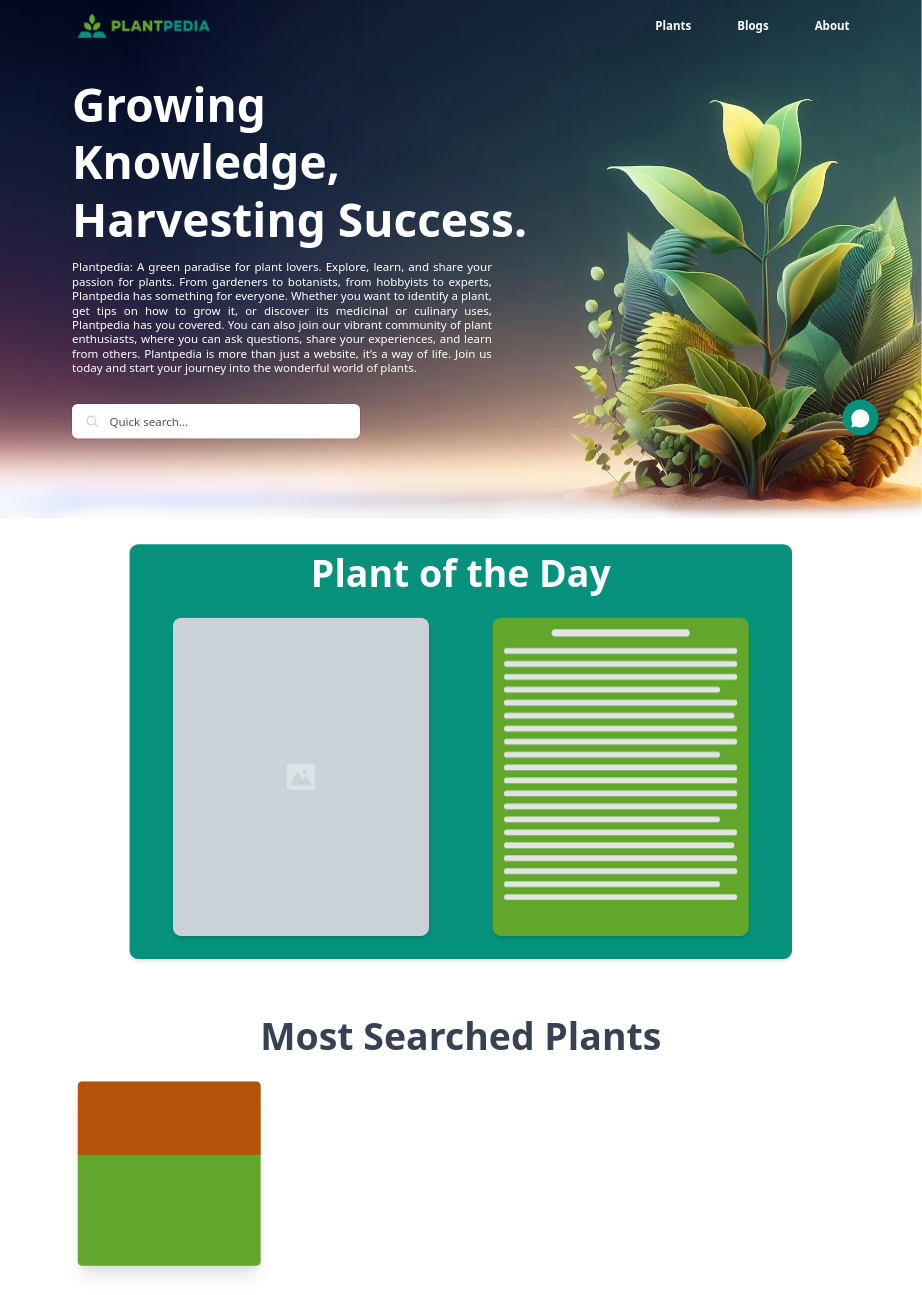
Repository: silham/PlantPedia
Page: /test/home
The author's editor kept a copy of each file at every save. The page is drawn from the files as they stood at one save, then again after the next save.
The browser window is 1280 px wide. The pictures show the whole page, at 72% of full size.
The page's requests for data from a server got no answer. The project was rebuilt for these pictures with package versions that can differ from the ones it lists, and the page was loaded fresh each time. The framework's server and built-in components were replaced by stand-ins that run in the browser. No one was signed in, and anything a server would have sent is missing. Also part of the build but not shown: next.config.js, app/components/SearchBox.css, app/test/Chat/style.css, app/utils/Formatter.ts.

Above is the page before, as saved 2023-10-16 16:11:20.

### app/layout.tsx
import "./globals.css";
import "remixicon/fonts/remixicon.css";
import type { Metadata } from "next";

export const metadata: Metadata = {
  title: "Plantpedia",
  description: "Growing knowledge, harvesting success",
};

export default function RootLayout({
  children,
}: {
  children: React.ReactNode;
}) {
  return (
    <html lang="en">
      <head>
        <meta
          name="format-detection"
          content="telephone=no, date=no, email=no, address=no"
        />
      </head>
      <body>{children}</body>
    </html>
  );
}

### app/test/home/page.tsx
import Image from "next/image";
import Link from "next/link";
import "./styles.css";
import { MainSearchBtn, SideSearchBtn } from "./SearchBtns";
import PlantOfDay from "./PlantOfDay";
import Chat from "../Chat/Chat";
import TrendingTopics from "./TrendingTopics";

const Home = () => {
  return (
    <>
      <section className="h-[100vh] w-[100vw] px-[100px] hero bg-cover text-white">
        <header className="h-[10vh] w-full flex justify-between py-2 items-center">
          <div className="h-full flex items-center justify-center">
            <Image src="/plantpedia.png" width={200} height={90} alt="logo" />
          </div>
          <nav className="flex justify-between text-[16px] font-semibold text-white w-[25%]">
            <Link href="/plants">Plants</Link>
            <Link href="/blogs">Blogs</Link>
            <Link href="/about#">About</Link>
          </nav>
        </header>
        <div className="w-[60%] h-full">
          <div className="flex flex-col justify-center h-full">
            <h2 className="text-[64px] font-extrabold leading-tight shadow-sm mb-4 -mt-[150px]">
              Growing Knowledge,
              <br />
              Harvesting Success.
            </h2>
            <h4 className="text-[16px] text-justify leading-tight w-[90%] mb-10">
              Plantpedia: A green paradise for plant lovers. Explore, learn, and
              share your passion for plants. From gardeners to botanists, from
              hobbyists to experts, Plantpedia has something for everyone.
              Whether you want to identify a plant, get tips on how to grow it,
              or discover its medicinal or culinary uses, Plantpedia has you
              covered. You can also join our vibrant community of plant
              enthusiasts, where you can ask questions, share your experiences,
              and learn from others. Plantpedia is more than just a website,
              it’s a way of life. Join us today and start your journey into the
              wonderful world of plants.
            </h4>
            <MainSearchBtn />
          </div>
        </div>
      </section>

      <section className="w-[100vw] px-[180px]">
        <PlantOfDay />
      </section>

      <section className="w-[100vw] px-[100px]">
        <TrendingTopics />
      </section>
      <SideSearchBtn />
      <Chat />
    </>
  );
};

export default Home;

### app/globals.css
@import url("https://fonts.googleapis.com/css2?family=Inter:wght@400;500;600&family=Poppins:wght@400;500;600&display=swap");
@tailwind base;
@tailwind components;
@tailwind utilities;

body {
  padding: 0;
  margin: 0;
  max-width: 100vw;
  overflow-x: hidden;
}

@layer utilities {
  .animation-delay-200 {
    animation-delay: 0.2s;
  }
  .animation-delay-400 {
    animation-delay: 0.4s;
  }
}

.circle {
  @apply w-2 h-2 mx-1 mb-0.5 mt-1 bg-gray-500 rounded-full;
}

### app/test/home/styles.css
.hero {
  background-image: url("/hero-bg.png");
}

.animate-sideSearchBtn-in {
  animation: animation-search-in 500ms ease-in forwards;
}

@keyframes animation-search-in {
  0% {
    opacity: 0;
    right: 0;
  }
  100% {
    opacity: 1;
    right: 60px;
  }
}

.animate-sideSearchBtn-out {
  animation: animation-search-out 500ms ease-out forwards;
}

@keyframes animation-search-out {
  0% {
    opacity: 1;
    right: 60px;
  }
  100% {
    opacity: 0;
    right: 0;
  }
}

### app/test/home/SearchBtns.tsx
"use client";
import SearchBox from "@/app/components/SearchBox";
import { useEffect, useRef } from "react";
import "./styles.css";

export const MainSearchBtn: React.FC = () => {
  const overlayRef = useRef<HTMLDivElement>(null);

  // This function is called when the "Start Searching" button gets clicked
  const openSearch = () => {
    if (overlayRef.current) {
      overlayRef.current.style.width = "100%";
    }
  };

  // This function is called when the "Close" button is clicked
  const closeSearch = () => {
    if (overlayRef.current) {
      overlayRef.current.style.width = "0%";
    }
  };
  return (
    <>
      <div>
        <button
          onClick={openSearch}
          type="button"
          className="hidden sm:flex items-center w-[400px] text-left space-x-3 px-4 h-12 bg-white ring-1 ring-slate-900/10 hover:ring-slate-300 focus:outline-none focus:ring-2 focus:ring-sky-500 shadow-sm rounded-lg text-slate-600"
        >
          <svg
            width="24"
            height="24"
            fill="none"
            stroke="currentColor"
            strokeWidth="2"
            strokeLinecap="round"
            strokeLinejoin="round"
            className="flex-none text-slate-300 dark:text-slate-400"
            aria-hidden="true"
          >
            <path d="m19 19-3.5-3.5"></path>
            <circle cx="11" cy="11" r="6"></circle>
          </svg>
          <span className="flex-auto">Quick search...</span>
        </button>
      </div>
      {/* The search overlay */}
      <div
        ref={overlayRef}
        className="flex h-[100vh] max-h-[100vh] w-0 fixed top-0 left-0 bg-black bg-opacity-90 duration-500 overflow-hidden z-10 "
      >
        <button
          className="absolute top-[20px] right-10 text-[60px] border-none bg-transparent cursor-pointer text-white"
          onClick={closeSearch}
        >
          &times;
        </button>
        <div className="relative top-[15%] w-full text-center mt-[30px] ">
          <SearchBox
            props={{
              n: 8,
              content: "",
              className:
                "relative w-[88%] flex justify-between items-center mx-[80px] rounded-full bg-[#EEF5B1] text-black",
              classNameUl:
                "absolute top-full left-0 right-0 z-10 bg-[#EEF5B1] rounded-lg shadow-lg overflow-hidden mt-[3px]",
              classNameLi: "border-b-[1px] border-gray-400",
              classNameLink:
                "px-4 py-2 hover:bg-gray-400 transition-colors flex flex-row justify-between items-center",
            }}
          />
        </div>
      </div>
    </>
  );
};

export const SideSearchBtn: React.FC = () => {
  const overlayRef = useRef<HTMLDivElement>(null);

  // This function is called when the "Start Searching" button gets clicked
  const openSearch = () => {
    if (overlayRef.current) {
      overlayRef.current.style.width = "100%";
    }
  };

  // This function is called when the "Close" button is clicked
  const closeSearch = () => {
    if (overlayRef.current) {
      overlayRef.current.style.width = "0%";
    }
  };
  useEffect(() => {
    const handleScroll = () => {
      const sideSearchBtn = document.getElementById("sideSearchBtn");
      var vh = window.innerHeight;
      var scrollHeight = window.scrollY;
      if (
        scrollHeight < vh * 0.2 &&
        sideSearchBtn?.classList.contains("animate-sideSearchBtn-in")
      ) {
        sideSearchBtn.classList.remove("animate-sideSearchBtn-in");
        sideSearchBtn.classList.add("animate-sideSearchBtn-out");
      }
      if (scrollHeight >= vh * 0.2) {
        sideSearchBtn?.classList.remove("animate-sideSearchBtn-out");
        sideSearchBtn?.classList.add("animate-sideSearchBtn-in");
      }
    };

    window.addEventListener("scroll", handleScroll);

    // Cleanup function to remove the event listener
    return () => {
      window.removeEventListener("scroll", handleScroll);
    };
  }, []); // Empty dependency array means this effect runs once on mount and cleanup on unmount

  return (
    <>
      <div
        id="sideSearchBtn"
        className="fixed bottom-[50px] right-0 opacity-0 rounded-full bg-custom-blue-green shadow-xl w-[50px] h-[50px] flex items-center justify-center cursor-pointer"
        onClick={openSearch}
      >
        <i className="text-[24px] text-white ri-search-2-line"></i>
      </div>
      {/* The search overlay */}
      <div
        ref={overlayRef}
        className="flex h-[100vh] max-h-[100vh] w-0 fixed top-0 left-0 bg-black bg-opacity-90 duration-500 overflow-hidden z-10 "
      >
        <button
          className="absolute top-[20px] right-10 text-[60px] border-none bg-transparent cursor-pointer text-white"
          onClick={closeSearch}
        >
          &times;
        </button>
        <div className="relative top-[15%] w-full text-center mt-[30px] ">
          <SearchBox
            props={{
              n: 8,
              content: "",
              className:
                "relative w-[88%] flex justify-between items-center mx-[80px] rounded-full bg-[#EEF5B1] text-black",
              classNameUl:
                "absolute top-full left-0 right-0 z-10 bg-[#EEF5B1] rounded-lg shadow-lg overflow-hidden mt-[3px]",
              classNameLi: "border-b-[1px] border-gray-400",
              classNameLink:
                "px-4 py-2 hover:bg-gray-400 transition-colors flex flex-row justify-between items-center",
            }}
          />
        </div>
      </div>
    </>
  );
};

### app/test/home/TrendingTopics.tsx
import React from "react";
import PlantCard from "./PlantCard";

const TrendingTopics = () => {
  return (
    <div className="flex w-full py-8 flex-col">
      <div className="w-full flex justify-center">
        <h3 className="text-[52px] text-gray-700 font-black">
          Most Searched Plants
        </h3>
      </div>
      <div className="w-full flex flex-wrap mt-4">
        <PlantCard />
      </div>
    </div>
  );
};

export default TrendingTopics;

### app/components/SearchBox.tsx
"use client";
import Link from "next/link";
import { useEffect, useRef, useState } from "react";
import "./SearchBox.css";
import UrlGen from "../utils/SlugGen";

interface Props {
  props: {
    content: string;
    className: string;
    classNameUl: string;
    classNameLi: string;
    classNameLink: string;
    n: number;
  };
}

function SearchBox({ props }: Props) {
  const [searchTerm, setSearchTerm] = useState("");
  const [results, setResults] = useState([
    {
      id: "",
      common_name: "",
      scientific_name: "",
      type: "",
    },
  ]);
  const [isFocused, setIsFocused] = useState(false);
  const containerRef = useRef<HTMLDivElement>(null);
  const searchRef = useRef<HTMLInputElement>(null);

  let type = "";
  let term = "";
  const handleChange = async () => {
    if (searchRef.current !== null) {
      term = searchRef.current.value;
    }
    setSearchTerm(term);
    if (term.length > 0) {
      try {
        const res = await fetch(
          `http://localhost:3000/api/searchbar?q=${term}&type=${type}`
        );
        const data = await res.json();
        console.log(data);
        setResults(data);
        console.log(results);
      } catch (error) {
        console.log(error);
      }
    }
  };

  const clearSearch = () => {
    if (searchRef.current !== null) {
      searchRef.current.value = "";
    }

    setSearchTerm("");
    handleChange();
  };

  const handleFocus = () => {
    setIsFocused(true);
  };

  const handleBlur = () => {
    setTimeout(() => {
      setIsFocused(false);
    }, 500);
  };

  const handleClickOutside = (event: MouseEvent) => {
    if (
      containerRef.current &&
      !containerRef.current.contains(event.target as Node)
    ) {
      setIsFocused(false);
    }
  };

  useEffect(() => {
    document.addEventListener("mousedown", handleClickOutside);
    return () => {
      document.removeEventListener("mousedown", handleClickOutside);
    };
  }, []);

  useEffect(() => {
    if (searchRef.current) {
      searchRef.current.value = props.content;
      setSearchTerm(props.content);
    }
  }, []);

  return (
    <div className={props.className} ref={containerRef}>
      <input
        type="text"
        spellCheck="false"
        placeholder="Search for plants, plant disease & solutions and blogs..."
        className="w-[95%] h-[40px] focus:outline-none px-[15px] bg-transparent"
        maxLength={200}
        value={searchTerm}
        onChange={handleChange}
        id="searchBar"
        onFocus={handleFocus}
        onBlur={handleBlur}
        ref={searchRef}
        autoComplete="off"
        autoFocus
      />
      <div
        className="bg-black w-[32px] h-[32px] rounded-full mr-[4px] flex justify-center items-center cursor-pointer"
        onClick={clearSearch}
      >
        <i
          className={`text-[22px] text-white ${
            searchTerm ? "ri-close-line" : "ri-search-2-line"
          }`}
        ></i>
      </div>
      {searchTerm && isFocused && (
        <ul className={props.classNameUl}>
          <li className={props.classNameLi}>
            <Link
              href={`/api/search?q=${searchTerm}`}
              className={props.classNameLink}
            >
              {searchTerm}
            </Link>
          </li>
          {results[0].id != "" &&
            results.slice(0, props.n).map(
              (
                result: {
                  id: string;
                  type: string;
                  common_name: string;
                  scientific_name: string;
                },
                index
              ) => (
                <li key={index} className={props.classNameLi}>
                  <Link
                    href={UrlGen(
                      result.type.toLowerCase(),
                      result.scientific_name
                    )}
                    className={props.classNameLink}
                  >
                    <div className="flex">
                      <h4 className="font-semibold">{result.common_name}</h4>
                      <h5 className="text-gray-700 italic">
                        &nbsp;&#40;{result.scientific_name}&#41;
                      </h5>
                    </div>
                    <div
                      className={`rounded-full px-[7px] text-[12px] capitalize ${
                        result.type == "PLANTS"
                          ? "bg-green-400"
                          : result.type == "PESTS"
                          ? "bg-red-400"
                          : result.type == "BLIGHTS"
                          ? "bg-red-400"
                          : result.type == "PESTICIDES"
                          ? "bg-yellow-400"
                          : "bg-blue-400"
                      }`}
                    >
                      {result.type.toLowerCase()}
                    </div>
                  </Link>
                </li>
              )
            )}
        </ul>
      )}
    </div>
  );
}

export default SearchBox;

### app/utils/TextShorter.tsx
const TextShorter = (text: string, letters: number) => {
  if (text.length > letters) {
    return text.slice(0, letters - 2) + "...";
  } else {
    return text;
  }
};

export default TextShorter;

### app/utils/SlugGen.ts
const UrlGen = (type: string,scientific_name: string) => {
    let slug = scientific_name.replace(/ /g, "-").toLowerCase();
    let url = "/" + type.toLowerCase() + "/" + slug
    return url
}

export default UrlGen

### app/test/home/PlantCard.tsx
import React from "react";

const PlantCard = () => {
  return (
    <div className="w-[25%] p-2">
      <div className="w-full h-64 bg-custom-green rounded-md shadow-xl overflow-hidden">
        <div className="w-full h-[40%] bg-amber-700"></div>
      </div>
    </div>
  );
};

export default PlantCard;

### tailwind.config.ts
import type { Config } from 'tailwindcss'

const config: Config = {
  content: [
    './pages/**/*.{js,ts,jsx,tsx,mdx}',
    './components/**/*.{js,ts,jsx,tsx,mdx}',
    './app/**/*.{js,ts,jsx,tsx,mdx}',
  ],
  theme: {
    extend: {
      backgroundImage: {
        'gradient-radial': 'radial-gradient(var(--tw-gradient-stops))',
        'gradient-conic':
          'conic-gradient(from 180deg at 50% 50%, var(--tw-gradient-stops))',
      },
      colors:{
        'custom-green': '#62A72B',
        'custom-blue-green': '#06917D',
      },
      animation: {
        loader: 'loader 0.6s infinite alternate'
      },
      keyframes: {
        loader: {
          to: {
            opacity: "0.1",
            transform: 'translate3d(0, -0.3rem, 0)'
          }
        }
      }
    },
  },
  plugins: [],
}
export default config

Loaded but not shown: app/test/Chat/Chat.tsx (199 lines, source omitted); app/test/home/PlantOfDay.tsx (139 lines, source omitted)

After the next save:
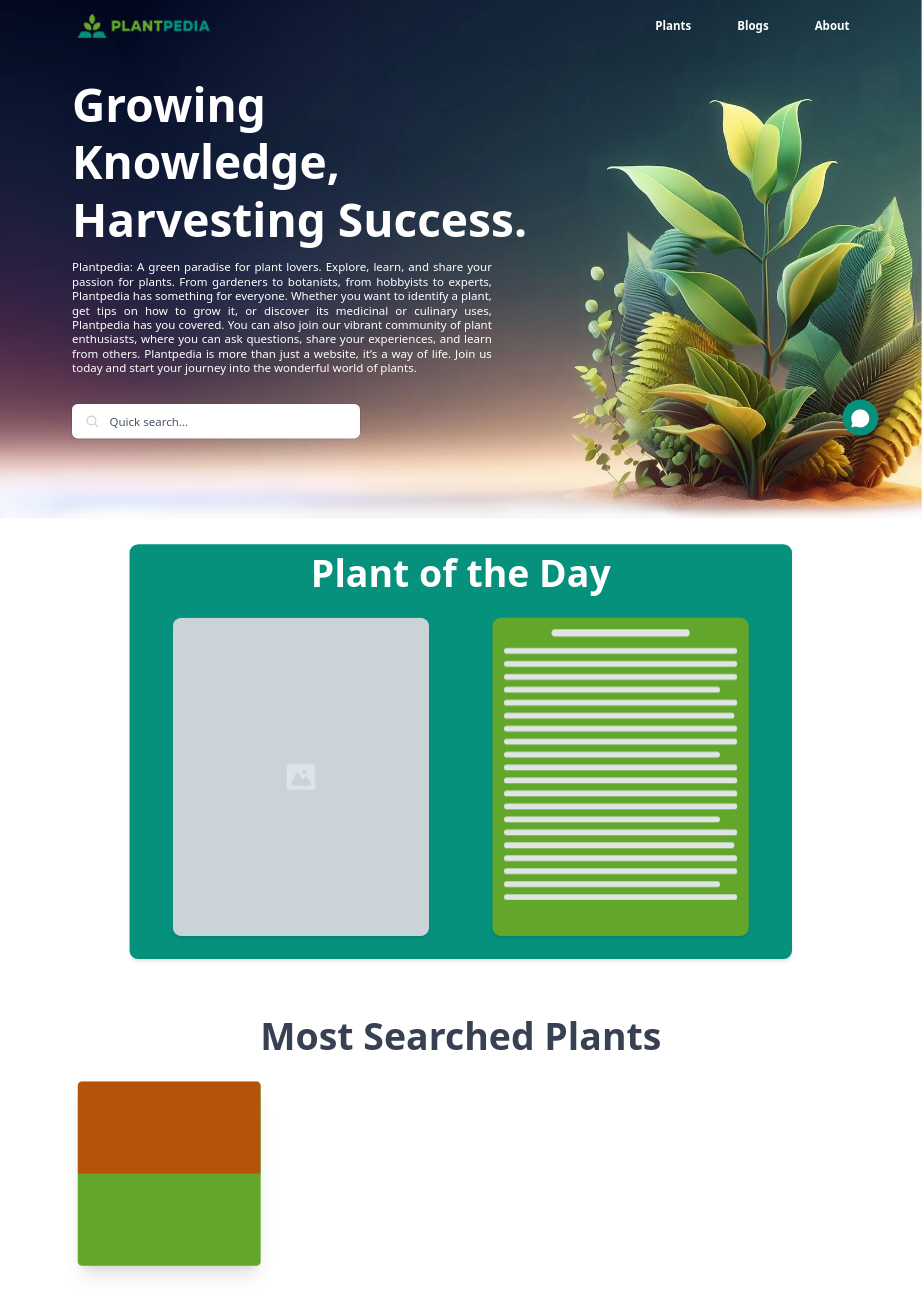
Saved 14 s later.
--- a/app/test/home/PlantCard.tsx
+++ b/app/test/home/PlantCard.tsx
@@ -4,7 +4,7 @@ const PlantCard = () => {
   return (
     <div className="w-[25%] p-2">
       <div className="w-full h-64 bg-custom-green rounded-md shadow-xl overflow-hidden">
-        <div className="w-full h-[40%] bg-amber-700"></div>
+        <div className="w-full h-[50%] bg-amber-700"></div>
       </div>
     </div>
   );
